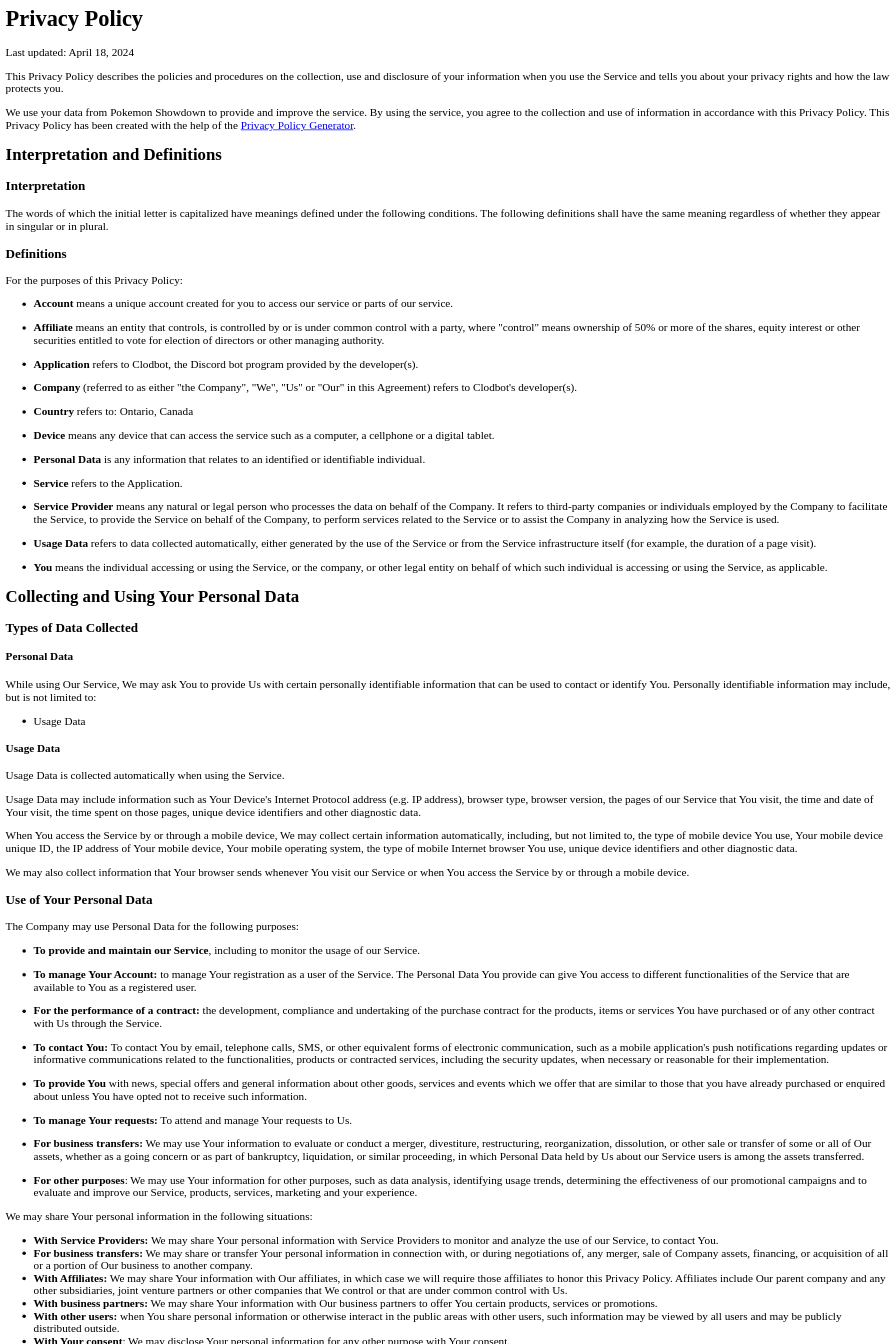
Repository: danielzhang2001/Clodbot
Page: privacy-policy.html
These files come from the project's save history. The page is drawn as it stood at one moment and after the next save; the edit follows.
The browser window is 1280 px wide. The pictures show the part of the page from y = 0 to 1920 px (the page is 3580 px tall), at 70% of full size.

Above is the page before, as saved 2024-04-18 00:59:11.

### privacy-policy.html
<h1>Privacy Policy</h1>
<p>Last updated: April 18, 2024</p>
<p>This Privacy Policy describes the policies and procedures on the collection, use and disclosure of your information
  when you use the Service and tells you about your privacy rights and how the law protects you.</p>
<p>We use your data from Pokemon Showdown to provide and improve the service. By using the service, you agree to the
  collection and use of information in accordance with this Privacy Policy. This Privacy Policy has been created with
  the help of the
  <a href="https://www.termsfeed.com/privacy-policy-generator/" target="_blank">Privacy Policy Generator</a>.
</p>
<h2>Interpretation and Definitions</h2>
<h3>Interpretation</h3>
<p>The words of which the initial letter is capitalized have meanings defined under the following conditions. The
  following definitions shall have the same meaning regardless of whether they appear in singular or in plural.</p>
<h3>Definitions</h3>
<p>For the purposes of this Privacy Policy:</p>
<ul>
  <li>
    <p><strong>Account</strong> means a unique account created for you to access our service or parts of our service.
    </p>
  </li>
  <li>
    <p><strong>Affiliate</strong> means an entity that controls, is controlled by or is under common control with a
      party, where &quot;control&quot; means ownership of 50% or more of the shares, equity interest or other securities
      entitled to vote for election of directors or other managing authority.</p>
  </li>
  <li>
    <p><strong>Application</strong> refers to Clodbot, the Discord bot program provided by the developer(s).</p>
  </li>
  <li>
    <p><strong>Company</strong> (referred to as either &quot;the Company&quot;, &quot;We&quot;, &quot;Us&quot; or
      &quot;Our&quot; in this Agreement) refers to Clodbot's developer(s).</p>
  </li>
  <li>
    <p><strong>Country</strong> refers to: Ontario, Canada</p>
  </li>
  <li>
    <p><strong>Device</strong> means any device that can access the service such as a computer, a cellphone or a digital
      tablet.</p>
  </li>
  <li>
    <p><strong>Personal Data</strong> is any information that relates to an identified or identifiable individual.</p>
  </li>
  <li>
    <p><strong>Service</strong> refers to the Application.</p>
  </li>
  <li>
    <p><strong>Service Provider</strong> means any natural or legal person who processes the data on behalf of the
      Company. It refers to third-party companies or individuals employed by the Company to facilitate the Service, to
      provide the Service on behalf of the Company, to perform services related to the Service or to assist the Company
      in analyzing how the Service is used.</p>
  </li>
  <li>
    <p><strong>Usage Data</strong> refers to data collected automatically, either generated by the use of the Service or
      from the Service infrastructure itself (for example, the duration of a page visit).</p>
  </li>
  <li>
    <p><strong>You</strong> means the individual accessing or using the Service, or the company, or other legal entity
      on behalf of which such individual is accessing or using the Service, as applicable.</p>
  </li>
</ul>
<h2>Collecting and Using Your Personal Data</h2>
<h3>Types of Data Collected</h3>
<h4>Personal Data</h4>
<p>While using Our Service, We may ask You to provide Us with certain personally identifiable information that can be
  used to contact or identify You. Personally identifiable information may include, but is not limited to:</p>
<ul>
  <li>Usage Data</li>
</ul>
<h4>Usage Data</h4>
<p>Usage Data is collected automatically when using the Service.</p>
<p>Usage Data may include information such as Your Device's Internet Protocol address (e.g. IP address), browser type,
  browser version, the pages of our Service that You visit, the time and date of Your visit, the time spent on those
  pages, unique device identifiers and other diagnostic data.</p>
<p>When You access the Service by or through a mobile device, We may collect certain information automatically,
  including, but not limited to, the type of mobile device You use, Your mobile device unique ID, the IP address of Your
  mobile device, Your mobile operating system, the type of mobile Internet browser You use, unique device identifiers
  and other diagnostic data.</p>
<p>We may also collect information that Your browser sends whenever You visit our Service or when You access the Service
  by or through a mobile device.</p>
<h3>Use of Your Personal Data</h3>
<p>The Company may use Personal Data for the following purposes:</p>
<ul>
  <li>
    <p><strong>To provide and maintain our Service</strong>, including to monitor the usage of our Service.</p>
  </li>
  <li>
    <p><strong>To manage Your Account:</strong> to manage Your registration as a user of the Service. The Personal Data
      You provide can give You access to different functionalities of the Service that are available to You as a
      registered user.</p>
  </li>
  <li>
    <p><strong>For the performance of a contract:</strong> the development, compliance and undertaking of the purchase
      contract for the products, items or services You have purchased or of any other contract with Us through the
      Service.</p>
  </li>
  <li>
    <p><strong>To contact You:</strong> To contact You by email, telephone calls, SMS, or other equivalent forms of
      electronic communication, such as a mobile application's push notifications regarding updates or informative
      communications related to the functionalities, products or contracted services, including the security updates,
      when necessary or reasonable for their implementation.</p>
  </li>
  <li>
    <p><strong>To provide You</strong> with news, special offers and general information about other goods, services and
      events which we offer that are similar to those that you have already purchased or enquired about unless You have
      opted not to receive such information.</p>
  </li>
  <li>
    <p><strong>To manage Your requests:</strong> To attend and manage Your requests to Us.</p>
  </li>
  <li>
    <p><strong>For business transfers:</strong> We may use Your information to evaluate or conduct a merger,
      divestiture, restructuring, reorganization, dissolution, or other sale or transfer of some or all of Our assets,
      whether as a going concern or as part of bankruptcy, liquidation, or similar proceeding, in which Personal Data
      held by Us about our Service users is among the assets transferred.</p>
  </li>
  <li>
    <p><strong>For other purposes</strong>: We may use Your information for other purposes, such as data analysis,
      identifying usage trends, determining the effectiveness of our promotional campaigns and to evaluate and improve
      our Service, products, services, marketing and your experience.</p>
  </li>
</ul>
<p>We may share Your personal information in the following situations:</p>
<ul>
  <li><strong>With Service Providers:</strong> We may share Your personal information with Service Providers to monitor
    and analyze the use of our Service, to contact You.</li>
  <li><strong>For business transfers:</strong> We may share or transfer Your personal information in connection with, or
    during negotiations of, any merger, sale of Company assets, financing, or acquisition of all or a portion of Our
    business to another company.</li>
  <li><strong>With Affiliates:</strong> We may share Your information with Our affiliates, in which case we will require
    those affiliates to honor this Privacy Policy. Affiliates include Our parent company and any other subsidiaries,
    joint venture partners or other companies that We control or that are under common control with Us.</li>
  <li><strong>With business partners:</strong> We may share Your information with Our business partners to offer You
    certain products, services or promotions.</li>
  <li><strong>With other users:</strong> when You share personal information or otherwise interact in the public areas
    with other users, such information may be viewed by all users and may be publicly distributed outside.</li>
  <li><strong>With Your consent</strong>: We may disclose Your personal information for any other purpose with Your
    consent.</li>
</ul>
<h3>Retention of Your Personal Data</h3>
<p>The Company will retain Your Personal Data only for as long as is necessary for the purposes set out in this Privacy
  Policy. We will retain and use Your Personal Data to the extent necessary to comply with our legal obligations (for
  example, if we are required to retain your data to comply with applicable laws), resolve disputes, and enforce our
  legal agreements and policies.</p>
<p>The Company will also retain Usage Data for internal analysis purposes. Usage Data is generally retained for a
  shorter period of time, except when this data is used to strengthen the security or to improve the functionality of
  Our Service, or We are legally obligated to retain this data for longer time periods.</p>
<h3>Transfer of Your Personal Data</h3>
<p>Your information, including Personal Data, is processed at the Company's operating offices and in any other places
  where the parties involved in the processing are located. It means that this information may be transferred to — and
  maintained on — computers located outside of Your state, province, country or other governmental jurisdiction where
  the data protection laws may differ than those from Your jurisdiction.</p>
<p>Your consent to this Privacy Policy followed by Your submission of such information represents Your agreement to that
  transfer.</p>
<p>The Company will take all steps reasonably necessary to ensure that Your data is treated securely and in accordance
  with this Privacy Policy and no transfer of Your Personal Data will take place to an organization or a country unless
  there are adequate controls in place including the security of Your data and other personal information.</p>
<h3>Delete Your Personal Data</h3>
<p>You have the right to delete or request that We assist in deleting the Personal Data that We have collected about
  You.</p>
<p>Our Service may give You the ability to delete certain information about You from within the Service.</p>
<p>You may update, amend, or delete Your information at any time by signing in to Your Account, if you have one, and
  visiting the account settings section that allows you to manage Your personal information. You may also contact Us to
  request access to, correct, or delete any personal information that You have provided to Us.</p>
<p>Please note, however, that We may need to retain certain information when we have a legal obligation or lawful basis
  to do so.</p>
<h3>Disclosure of Your Personal Data</h3>
<h4>Business Transactions</h4>
<p>If the Company is involved in a merger, acquisition or asset sale, Your Personal Data may be transferred. We will
  provide notice before Your Personal Data is transferred and becomes subject to a different Privacy Policy.</p>
<h4>Law enforcement</h4>
<p>Under certain circumstances, the Company may be required to disclose Your Personal Data if required to do so by law
  or in response to valid requests by public authorities (e.g. a court or a government agency).</p>
<h4>Other legal requirements</h4>
<p>The Company may disclose Your Personal Data in the good faith belief that such action is necessary to:</p>
<ul>
  <li>Comply with a legal obligation</li>
  <li>Protect and defend the rights or property of the Company</li>
  <li>Prevent or investigate possible wrongdoing in connection with the Service</li>
  <li>Protect the personal safety of Users of the Service or the public</li>
  <li>Protect against legal liability</li>
</ul>
<h3>Security of Your Personal Data</h3>
<p>The security of Your Personal Data is important to Us, but remember that no method of transmission over the Internet,
  or method of electronic storage is 100% secure. While We strive to use commercially acceptable means to protect Your
  Personal Data, We cannot guarantee its absolute security.</p>
<h2>Children's Privacy</h2>
<p>Our Service does not address anyone under the age of 13. We do not knowingly collect personally identifiable
  information from anyone under the age of 13. If You are a parent or guardian and You are aware that Your child has
  provided Us with Personal Data, please contact Us. If We become aware that We have collected Personal Data from anyone
  under the age of 13 without verification of parental consent, We take steps to remove that information from Our
  servers.</p>
<p>If We need to rely on consent as a legal basis for processing Your information and Your country requires consent from
  a parent, We may require Your parent's consent before We collect and use that information.</p>
<h2>Links to Other Websites</h2>
<p>Our Service may contain links to other websites that are not operated by Us. If You click on a third party link, You
  will be directed to that third party's site. We strongly advise You to review the Privacy Policy of every site You
  visit.</p>
<p>We have no control over and assume no responsibility for the content, privacy policies or practices of any third
  party sites or services.</p>
<h2>Changes to this Privacy Policy</h2>
<p>We may update Our Privacy Policy from time to time. We will notify You of any changes by posting the new Privacy
  Policy on this page.</p>
<p>We will let You know via email and/or a prominent notice on Our Service, prior to the change becoming effective and
  update the &quot;Last updated&quot; date at the top of this Privacy Policy.</p>
<p>You are advised to review this Privacy Policy periodically for any changes. Changes to this Privacy Policy are
  effective when they are posted on this page.</p>
<h2>Contact Us</h2>
<p>If you have any questions about this Privacy Policy, You can contact us:</p>
<ul>
  <li>By email: <a href="mailto:danielzhang3469@gmail.com">danielzhang3469@gmail.com</a></li>
</ul>

After the next save:
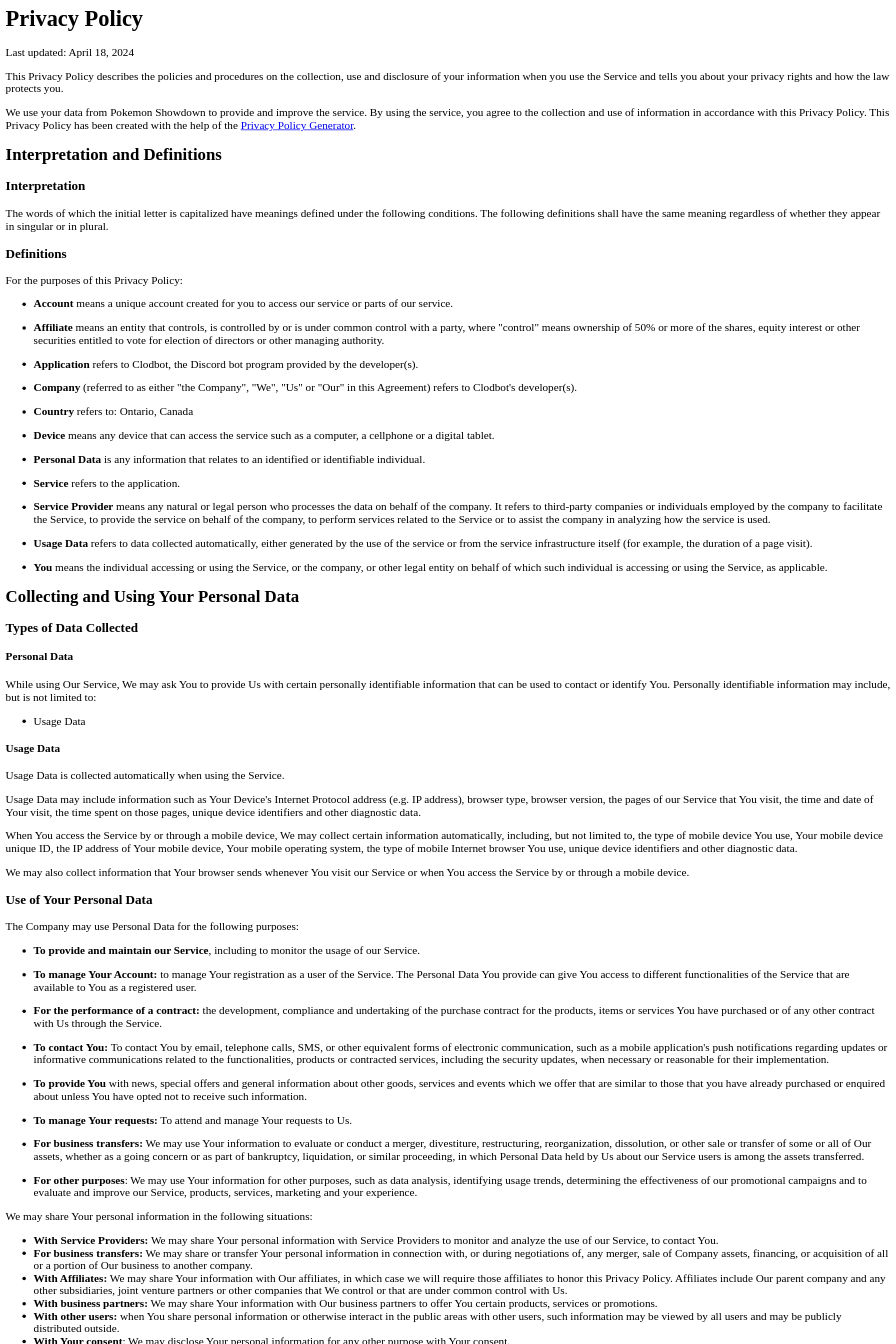
Saved 41 s later.
--- a/privacy-policy.html
+++ b/privacy-policy.html
@@ -41,17 +41,17 @@
     <p><strong>Personal Data</strong> is any information that relates to an identified or identifiable individual.</p>
   </li>
   <li>
-    <p><strong>Service</strong> refers to the Application.</p>
+    <p><strong>Service</strong> refers to the application.</p>
   </li>
   <li>
     <p><strong>Service Provider</strong> means any natural or legal person who processes the data on behalf of the
-      Company. It refers to third-party companies or individuals employed by the Company to facilitate the Service, to
-      provide the Service on behalf of the Company, to perform services related to the Service or to assist the Company
-      in analyzing how the Service is used.</p>
-  </li>
-  <li>
-    <p><strong>Usage Data</strong> refers to data collected automatically, either generated by the use of the Service or
-      from the Service infrastructure itself (for example, the duration of a page visit).</p>
+      company. It refers to third-party companies or individuals employed by the company to facilitate the Service, to
+      provide the service on behalf of the company, to perform services related to the Service or to assist the company
+      in analyzing how the service is used.</p>
+  </li>
+  <li>
+    <p><strong>Usage Data</strong> refers to data collected automatically, either generated by the use of the service or
+      from the service infrastructure itself (for example, the duration of a page visit).</p>
   </li>
   <li>
     <p><strong>You</strong> means the individual accessing or using the Service, or the company, or other legal entity
